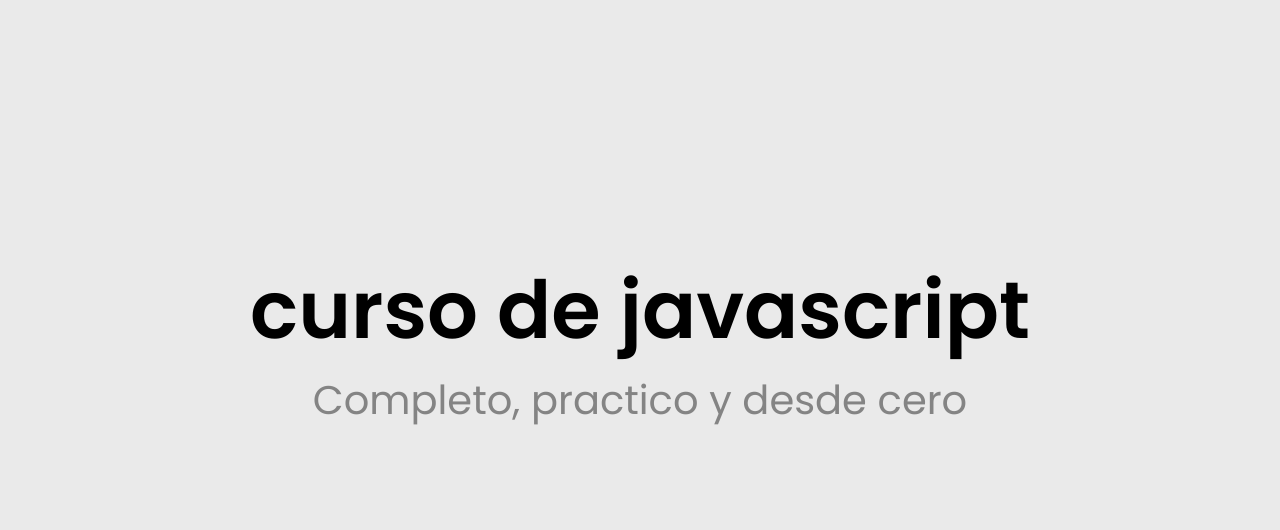
Repository: ymcarrillom/github-test
Page: portafolio-personal/javarcritp-completo/javascript_desde_cero/index.html
The author's editor kept a copy of each file at every save. The page is drawn from the files as they stood at one save, then again after the next save.
The browser window is 1280 px wide. The pictures show the whole page.

Above is the page before, as saved 2024-10-20 20:07:05.

### portafolio-personal/javarcritp-completo/javascript_desde_cero/index.html
<!DOCTYPE html>
<html lang="en">
<head>
    <meta charset="UTF-8">
    <meta name="viewport" content="width=device-width, initial-scale=1.0">
    <link rel="stylesheet" href="estilos.css">
    <script src="funciones.js"></script>
    <title>Javascript</title>
</head>
<body>
    <h1>curso de javascript</h1>
    <h2>Completo, practico y desde cero</h2>
</body>
</html>

### portafolio-personal/introduccion/javascript/estilos.css
@import url('https://fonts.googleapis.com/css2?family=Poppins:wght@400;600&display=swap');

* {
	box-sizing: border-box;
	margin: 0;
	padding: 0;
}

body {
	font-family: 'Poppins', sans-serif;
	min-height: 100vh;
	width: 100%;
	background: #eaeaea;
	color: #000;
	display: flex;
	flex-direction: column;
	align-items: center;
	justify-content: center;
}

h1 {
	font-size: 80px;
}

h2 {
	font-size: 40px;
	font-weight: normal;
	margin-bottom: 40px;
	color: #848484;

}

button {
	border: none;
	background: #2553df;
	font-family: 'Poppins', sans-serif;
	font-size: 22px;
	cursor: pointer;
	border-radius: 10px;
	color: #fff;
	padding: 14px 28px;
	margin-bottom: 20px;
}

button:hover {
	background: #1942be;
}

### portafolio-personal/javarcritp-completo/javascript_desde_cero/funciones.js
function saludo (){
    console.log('hola mundo')
}
saludo();

After the next save:
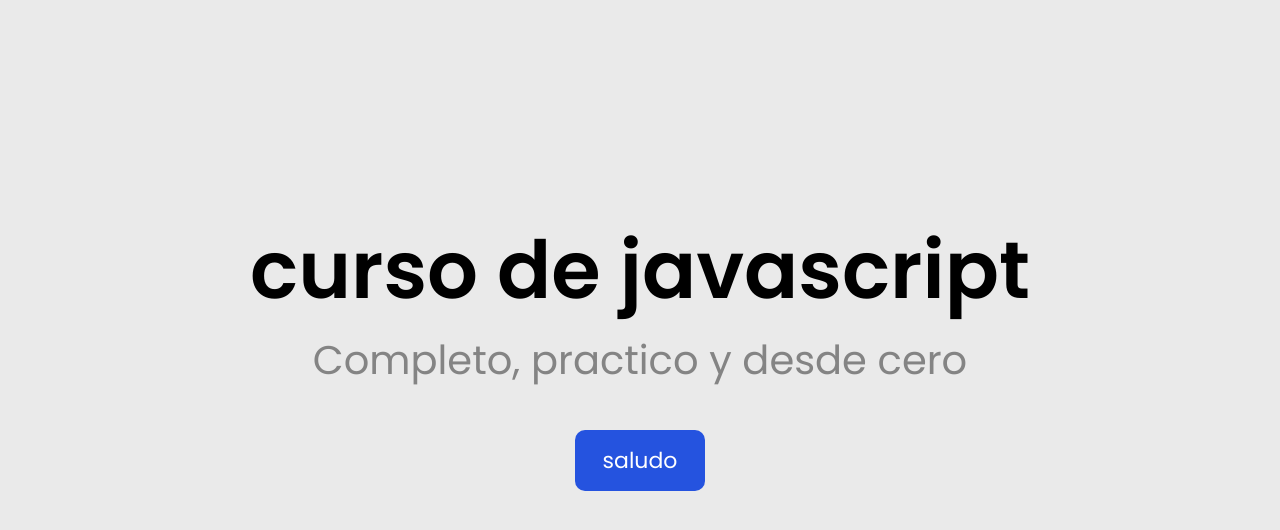
Saved 3 min 10 s later.
--- a/portafolio-personal/javarcritp-completo/javascript_desde_cero/index.html
+++ b/portafolio-personal/javarcritp-completo/javascript_desde_cero/index.html
@@ -10,5 +10,6 @@
 <body>
     <h1>curso de javascript</h1>
     <h2>Completo, practico y desde cero</h2>
+    <button onClick = 'saludo()'>saludo</button>
 </body>
 </html>
